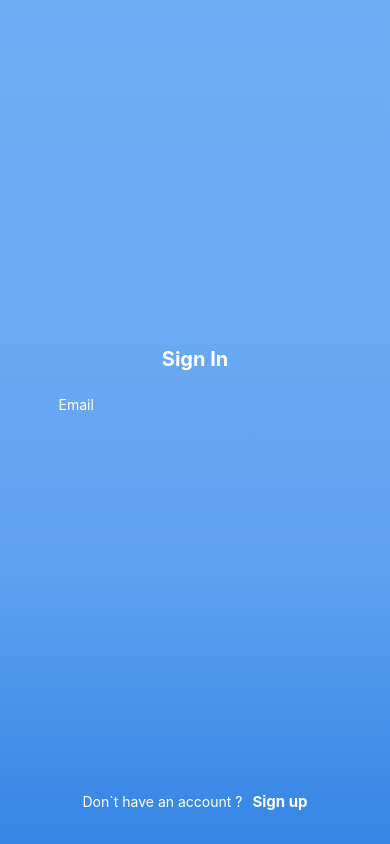
Repository: kamarajcalm/loginpage
Screen: /
An editor plug-in stored every save of this project. The screen is shown before and after the next save, followed by the edit.
The app was drawn by React Native's web renderer in a window 390 px wide. The project was rebuilt for these pictures with package versions that can differ from the ones it lists, and the page was loaded fresh each time.

Above is the screen before, as saved 2021-12-25 23:55:57.

After the next save:
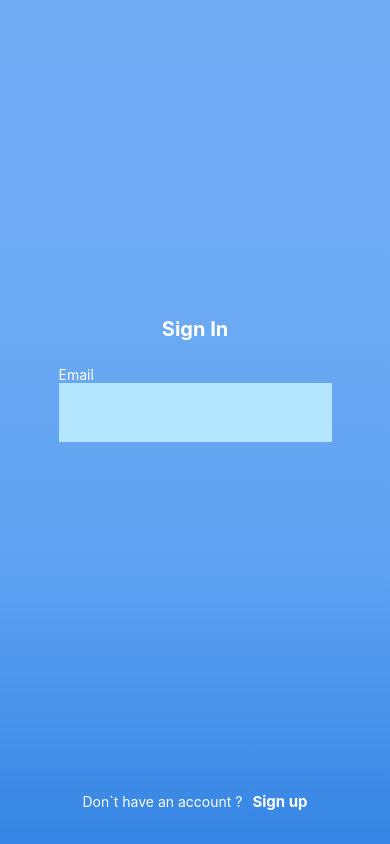
Saved 2 min 59 s later.
--- a/App.js
+++ b/App.js
@@ -18,6 +18,9 @@ export default function App() {
         <View style={[styles.textInputContainer]}>
           <View>
             <Text style={styles.text}>Email</Text>
+          </View>
+          <View style={[styles.textBox]}>
+
           </View>
         </View>
       </View>
@@ -56,6 +59,12 @@ const styles = StyleSheet.create({
     alignItems: "center",
     justifyContent: "center"
   },
+  textBox: {
+    height: height * 0.07,
+    width: width * 0.7,
+    flexDirection: "row",
+    backgroundColor: "#B4E6FF"
+  },
   text: {
     color: "#fff"
   }
